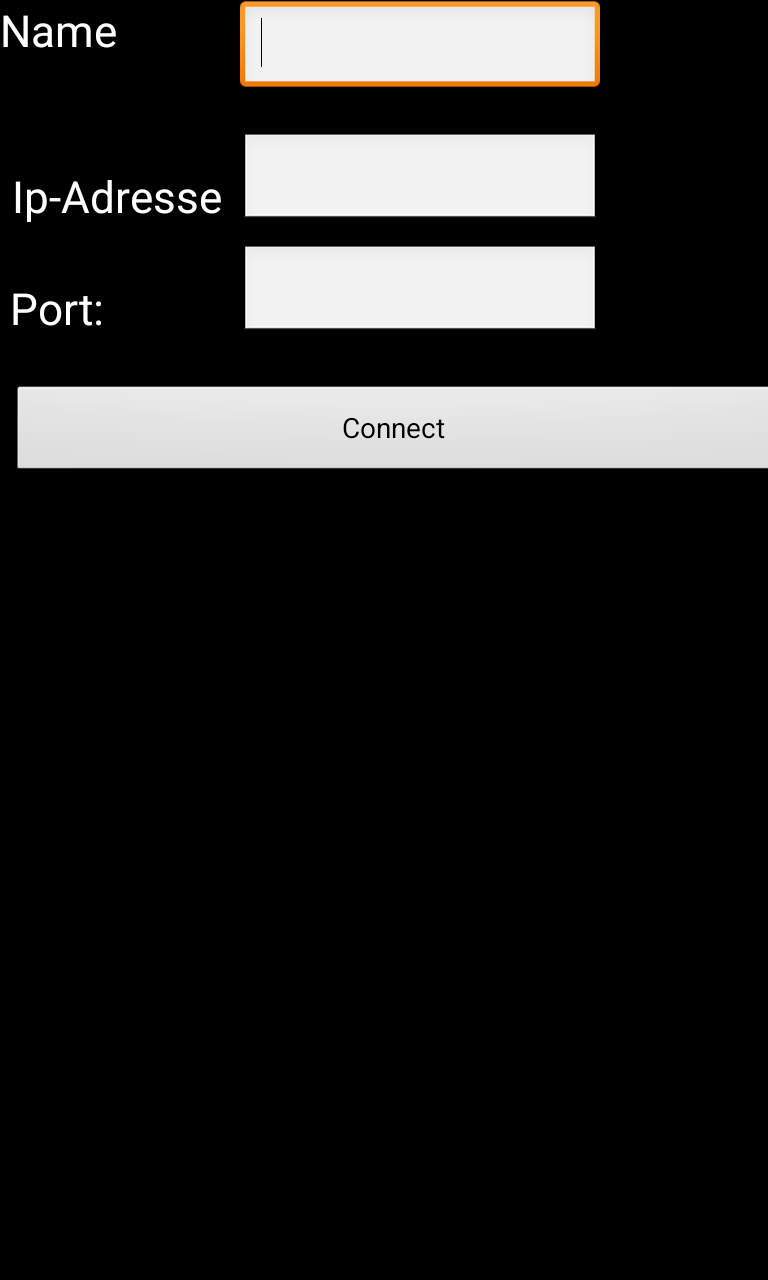
Repository: Lemkerene/App
Layout: kniffel/res/layout/main.xml
The author's editor kept a copy of each file at every save. The layout is drawn from the files as they stood at one save, then again after the next save.
It is drawn on a 768 x 1280 px phone screen (xhdpi) without system bars, with theme android:Theme; the app's code is not run.

Above is the layout before, as saved 2012-08-03 19:03:45.

After the next save:
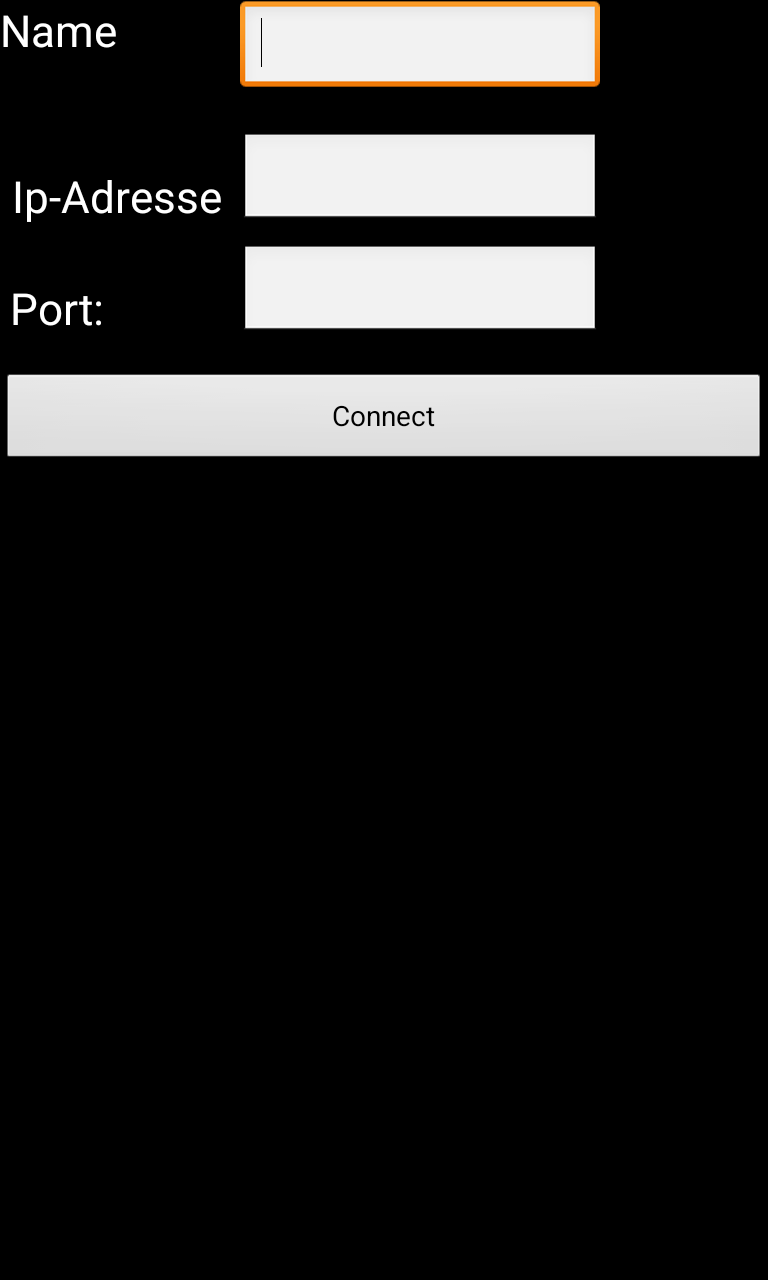
Saved 1 s later.
--- a/kniffel/res/layout/main.xml
+++ b/kniffel/res/layout/main.xml
@@ -3,15 +3,6 @@
     android:id="@+id/AbsoluteLayout1"
     android:layout_width="fill_parent"
     android:layout_height="fill_parent" >
-
-    <Button
-        android:id="@+id/button1"
-        android:layout_width="match_parent"
-        android:layout_height="wrap_content"
-        android:layout_x="5dp"
-        android:layout_y="192dp"
-        android:onClick="OnClickConnect"
-        android:text="Connect" />
 
     <TextView
         android:id="@+id/textView1"
@@ -70,4 +61,13 @@
         <requestFocus />
     </EditText>
 
+    <Button
+        android:id="@+id/button1"
+        android:layout_width="match_parent"
+        android:layout_height="wrap_content"
+        android:layout_x="0dp"
+        android:layout_y="186dp"
+        android:onClick="OnClickConnect"
+        android:text="Connect" />
+
 </AbsoluteLayout>
